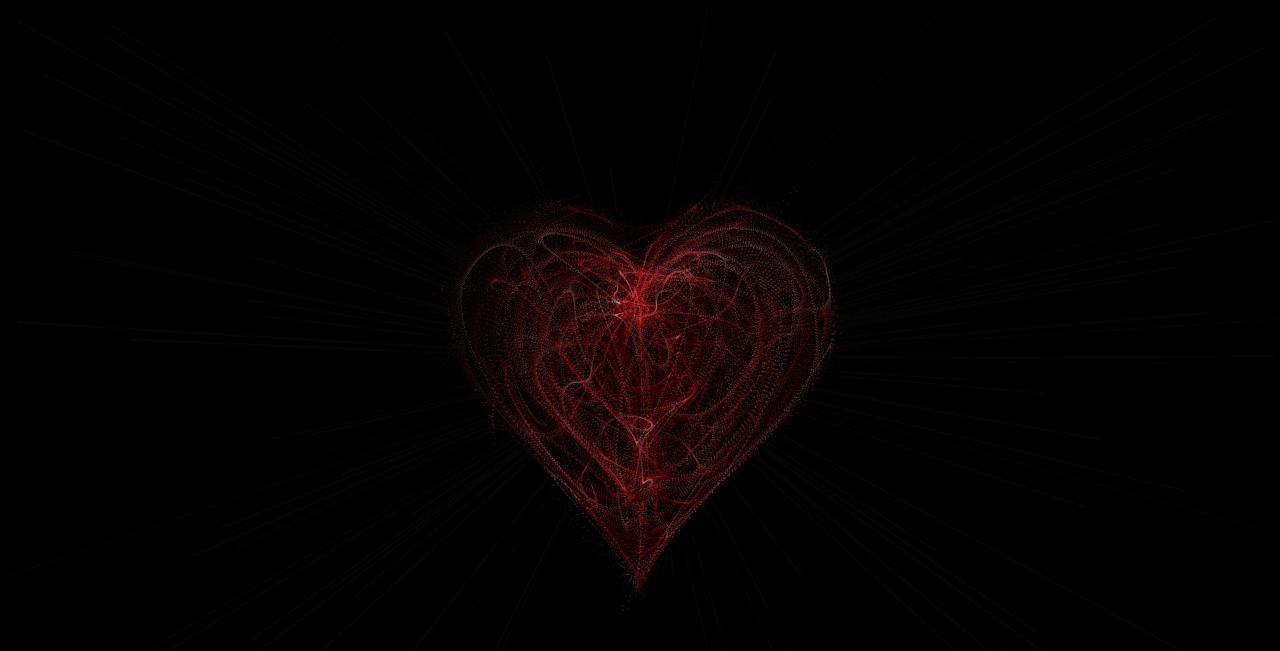
Repository: ngoclong2904/codeTraiTim
Page: traiTim.html
These files come from the project's save history. The page is drawn as it stood at one moment and after the next save; the edit follows.
The browser window is 1280 px wide. The pictures show the whole page.

Above is the page before, as saved 2022-11-09 00:23:54.

### traiTim.html
<!DOCTYPE html>
<html lang="en">
  <head>
    <meta charset="UTF-8" />
    <meta http-equiv="X-UA-Compatible" content="IE=edge" />
    <meta name="viewport" content="width=device-width, initial-scale=1.0" />
    <title>Trái Tim Nhở</title>
    <style>
      canvas {
        position: absolute;
        left: 0;
        top: 0;
        width: 100%;
        height: 100%;
        background-color: aliceblue;
      }
    </style>
  </head>
  <body>
    <canvas id="heart"></canvas>

    <script>
      window.requestAnimationFrame =
        window.__requestAnimationFrame ||
        window.requestAnimationFrame ||
        window.webkitRequestAnimationFrame ||
        window.mozRequestAnimationFrame ||
        window.oRequestAnimationFrame ||
        window.msRequestAnimationFrame ||
        (function () {
          return function (callback, element) {
            var lastTime = element.__lastTime;
            if (lastTime === undefined) {
              lastTime = 0;
            }
            var currTime = Date.now();
            var timeToCall = Math.max(1, 33 - (currTime - lastTime));
            window.setTimeout(callback, timeToCall);
            element.__lastTime = currTime + timeToCall;
          };
        })();
      window.isDevice =
        /android|webos|iphone|ipad|ipod|blackberry|iemobile|opera mini/i.test(
          (
            navigator.userAgent ||
            navigator.vendor ||
            window.opera
          ).toLowerCase()
        );
      var loaded = false;
      var init = function () {
        if (loaded) return;
        loaded = true;
        var mobile = window.isDevice;
        var koef = mobile ? 0.5 : 1;
        var canvas = document.getElementById("heart");
        var ctx = canvas.getContext("2d");
        var width = (canvas.width = koef * innerWidth);
        var height = (canvas.height = koef * innerHeight);
        var rand = Math.random;
        ctx.fillStyle = "rgba(0,0,0,1)";
        ctx.fillRect(0, 0, width, height);

        var heartPosition = function (rad) {
          //return [Math.sin(rad), Math.cos(rad)];
          return [
            Math.pow(Math.sin(rad), 3),
            -(
              15 * Math.cos(rad) -
              5 * Math.cos(2 * rad) -
              2 * Math.cos(3 * rad) -
              Math.cos(4 * rad)
            ),
          ];
        };
        var scaleAndTranslate = function (pos, sx, sy, dx, dy) {
          return [dx + pos[0] * sx, dy + pos[1] * sy];
        };

        window.addEventListener("resize", function () {
          width = canvas.width = koef * innerWidth;
          height = canvas.height = koef * innerHeight;
          ctx.fillStyle = "rgba(0,0,0,1)";
          ctx.fillRect(0, 0, width, height);
        });

        var traceCount = mobile ? 20 : 50;
        var pointsOrigin = [];
        var i;
        var dr = mobile ? 0.3 : 0.1;
        for (i = 0; i < Math.PI * 2; i += dr)
          pointsOrigin.push(scaleAndTranslate(heartPosition(i), 210, 13, 0, 0));
        for (i = 0; i < Math.PI * 2; i += dr)
          pointsOrigin.push(scaleAndTranslate(heartPosition(i), 150, 9, 0, 0));
        for (i = 0; i < Math.PI * 2; i += dr)
          pointsOrigin.push(scaleAndTranslate(heartPosition(i), 90, 5, 0, 0));
        var heartPointsCount = pointsOrigin.length;

        var targetPoints = [];
        var pulse = function (kx, ky) {
          for (i = 0; i < pointsOrigin.length; i++) {
            targetPoints[i] = [];
            targetPoints[i][0] = kx * pointsOrigin[i][0] + width / 2;
            targetPoints[i][1] = ky * pointsOrigin[i][1] + height / 2;
          }
        };

        var e = [];
        for (i = 0; i < heartPointsCount; i++) {
          var x = rand() * width;
          var y = rand() * height;
          e[i] = {
            vx: 0,
            vy: 0,
            R: 2,
            speed: rand() + 5,
            q: ~~(rand() * heartPointsCount),
            D: 2 * (i % 2) - 1,
            force: 0.2 * rand() + 0.7,
            f:
              "hsla(0," +
              ~~(40 * rand() + 60) +
              "%," +
              ~~(60 * rand() + 20) +
              "%,.3)",
            trace: [],
          };
          for (var k = 0; k < traceCount; k++) e[i].trace[k] = { x: x, y: y };
        }
        var config = {
          traceK: 0.4,
          timeDelta: 0.01,
        };

        var time = 0;
        var loop = function () {
          var n = -Math.cos(time);
          pulse((1 + n) * 0.5, (1 + n) * 0.5);
          time +=
            (Math.sin(time) < 0 ? 9 : n > 0.8 ? 0.2 : 1) * config.timeDelta;
          ctx.fillStyle = "rgba(0,0,0,.1)";
          ctx.fillRect(0, 0, width, height);
          for (i = e.length; i--; ) {
            var u = e[i];
            var q = targetPoints[u.q];
            var dx = u.trace[0].x - q[0];
            var dy = u.trace[0].y - q[1];
            var length = Math.sqrt(dx * dx + dy * dy);
            if (10 > length) {
              if (0.95 < rand()) {
                u.q = ~~(rand() * heartPointsCount);
              } else {
                if (0.99 < rand()) {
                  u.D *= -1;
                }
                u.q += u.D;
                u.q %= heartPointsCount;
                if (0 > u.q) {
                  u.q += heartPointsCount;
                }
              }
            }
            u.vx += (-dx / length) * u.speed;
            u.vy += (-dy / length) * u.speed;
            u.trace[0].x += u.vx;
            u.trace[0].y += u.vy;
            u.vx *= u.force;
            u.vy *= u.force;
            for (k = 0; k < u.trace.length - 1; ) {
              var T = u.trace[k];
              var N = u.trace[++k];
              N.x -= config.traceK * (N.x - T.x);
              N.y -= config.traceK * (N.y - T.y);
            }
            ctx.fillStyle = u.f;
            for (k = 0; k < u.trace.length; k++) {
              ctx.fillRect(u.trace[k].x, u.trace[k].y, 1, 1);
            }
          }
          //ctx.fillStyle = "rgba(255,255,255,1)";
          //for (i = u.trace.length; i--;) ctx.fillRect(targetPoints[i][0], targetPoints[i][1], 2, 2);

          window.requestAnimationFrame(loop, canvas);
        };
        loop();
      };

      var s = document.readyState;
      if (s === "complete" || s === "loaded" || s === "interactive") init();
      else document.addEventListener("DOMContentLoaded", init, false);
    </script>
  </body>
</html>

After the next save:
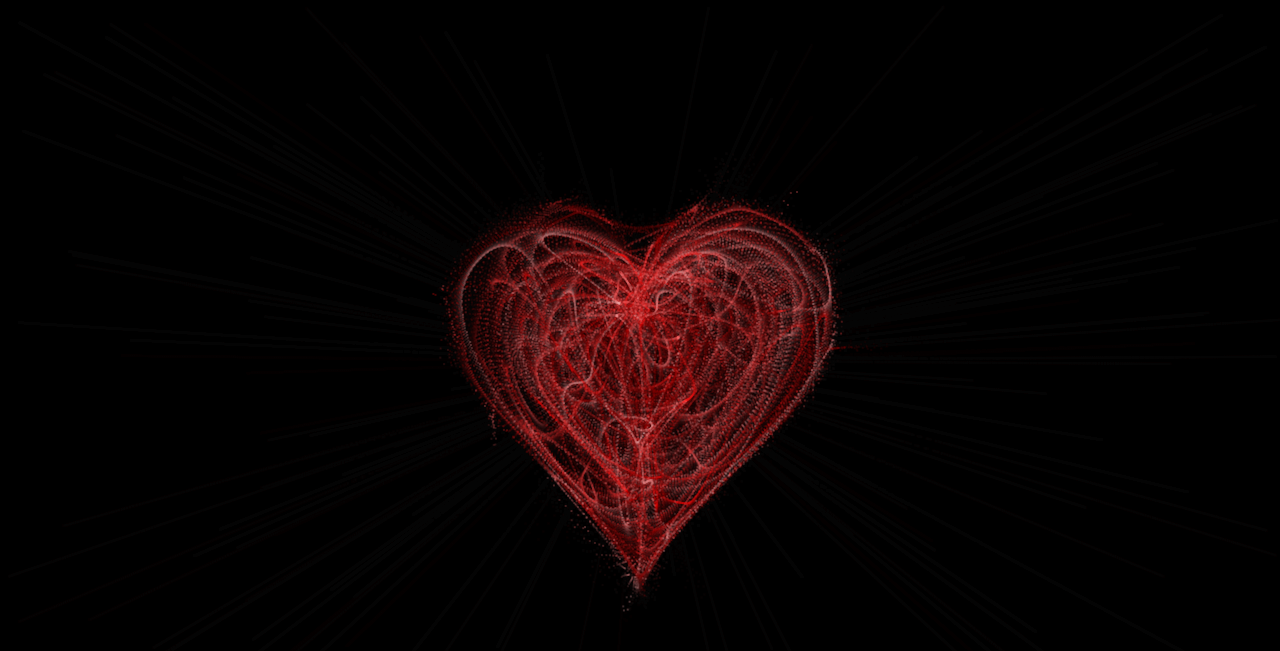
Saved 37 s later.
--- a/traiTim.html
+++ b/traiTim.html
@@ -174,7 +174,7 @@
             }
             ctx.fillStyle = u.f;
             for (k = 0; k < u.trace.length; k++) {
-              ctx.fillRect(u.trace[k].x, u.trace[k].y, 1, 1);
+              ctx.fillRect(u.trace[k].x, u.trace[k].y, 2, 2);
             }
           }
           //ctx.fillStyle = "rgba(255,255,255,1)";
